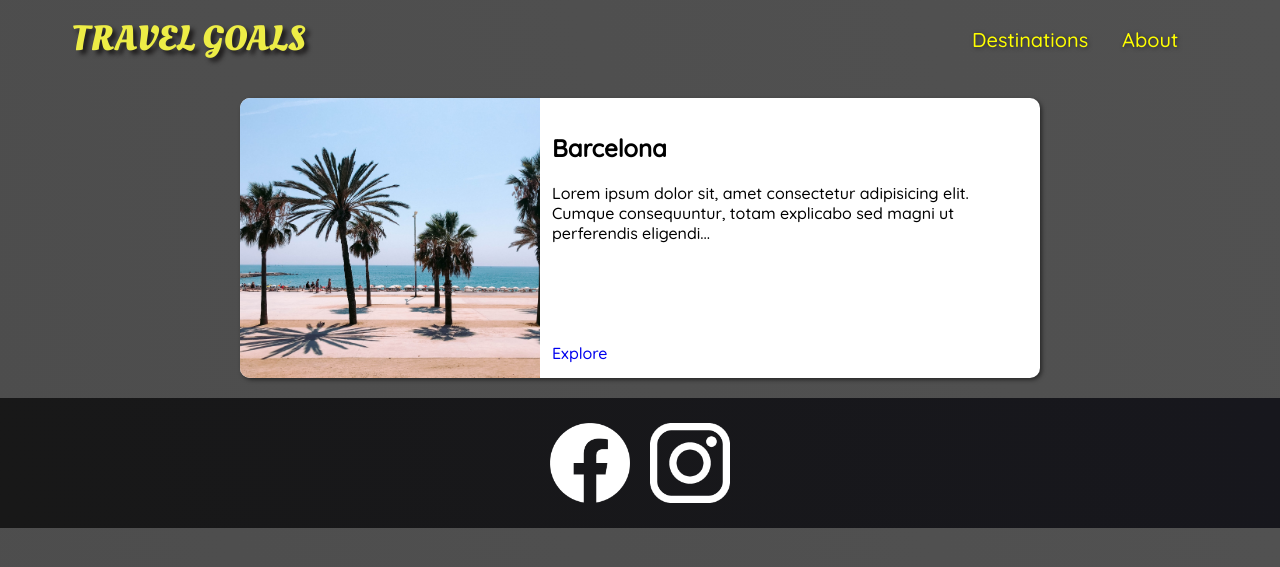
Repository: MicTomm/Travel-Goals
Page: places.html
These files come from the project's save history. The page is drawn as it stood at one moment and after the next save; the edit follows.
The browser window is 1280 px wide. The pictures show the whole page.

Above is the page before, as saved 2023-06-08 20:50:36.

After the next save:
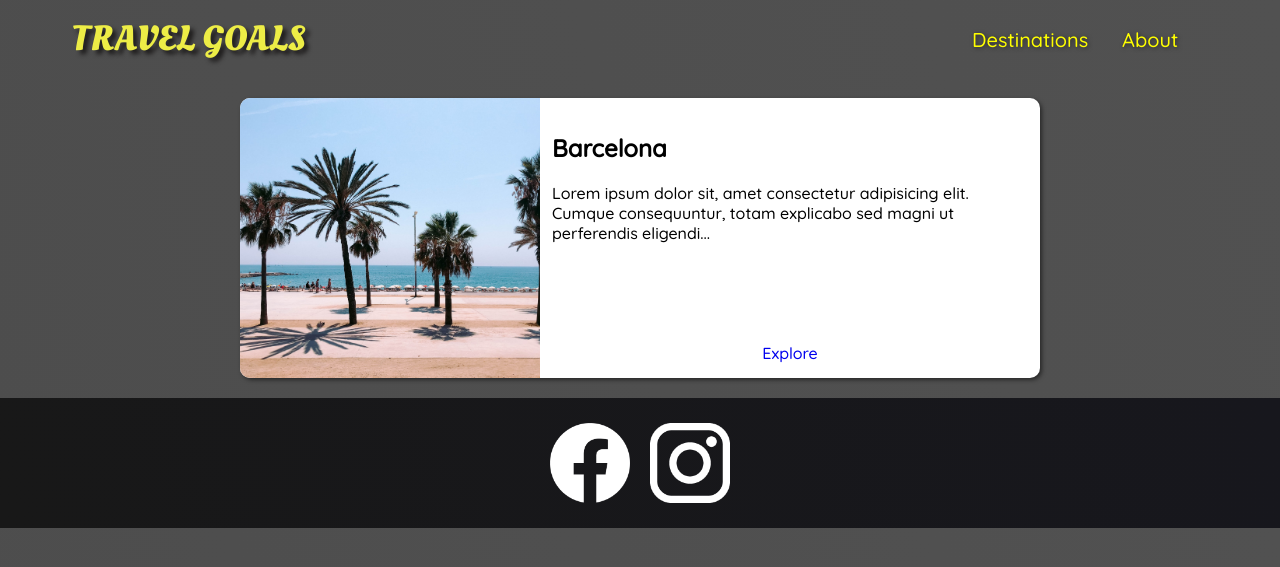
Saved 69 s later.
--- a/styles/places.css
+++ b/styles/places.css
@@ -38,6 +38,10 @@ main li img {
 
 }
 
+.card-link{
+    text-align: center;
+}
+
 .card-link a{
     text-decoration: none;
 
